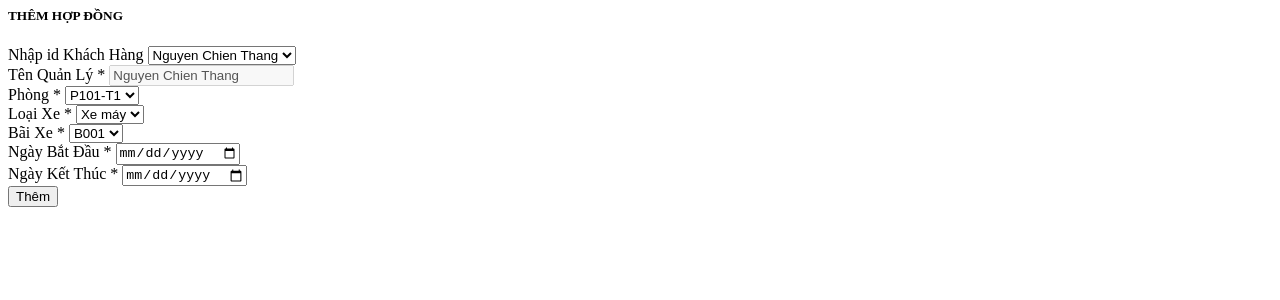
Repository: NguyenChienThangB1910143/QL_ChungCy
Page: http://localhost/hopdong/them
The author's editor kept a copy of each file at every save. The page is drawn from the files as they stood at one save, then again after the next save.
The browser window is 1280 px wide. The pictures show the whole page.
The page is served by the project's Laravel application, run on PHP 8.4 with Laravel 10. The first stored user is signed in. Other server files are loaded and not shown. The database holds what the project's SQL file puts in it. Queries for data that is not in the repository find no rows.

Above is the page before, as saved 2023-08-28 13:08:46.

### routes/web.php
<?php
use App\Http\Controllers\Auth\LogoutController;
use App\Http\Controllers\Auth\LoginController;
use App\Http\Controllers\BaiXeController;
use App\Http\Controllers\HomeController;
use App\Http\Controllers\HopDongController;
use App\Http\Controllers\PhongController;
use App\Http\Controllers\ThongKeController;
use App\Http\Controllers\TaiKhoanController;
use App\Http\Controllers\TangController;
use App\Http\Controllers\ToaController;
use Illuminate\Support\Facades\Route;

/*
|--------------------------------------------------------------------------
| Web Routes
|--------------------------------------------------------------------------
|
| Here is where you can register web routes for your application. These
| routes are loaded by the RouteServiceProvider and all of them will
| be assigned to the "web" middleware group. Make something great!
|
*/

Route::get('/', function () {
    return view('chungcu');
});
//router login
Route::get('/login', [LoginController::class, 'getLogin'])->name('login');;
Route::post('/login', [LoginController::class, 'postLogin'])->name('post-login');
Route::any('/forgotpassword', [LoginController::class, 'forgotpassword'])->name('forgot-password');
Route::group(['middleware' => 'auth'], function () {
    // router home
    Route::get('/', [HomeController::class, 'index'])->name('home');
    Route::get('/logout', [LogoutController::class, 'getLogout'])->name('logout');
    //phong
    Route::get('/phong', [PhongController::class, 'index'])->name('phong');
    Route::get('/phong/them', [PhongController::class, 'them'])->name('phong-them');
    Route::post('/phong/them', [PhongController::class, 'store'])->name('phong-store');
    Route::get('/phong/chinhsua/{id_phong}', [PhongController::class, 'chinhsua'])->name('phong-chinhsua');
    Route::post('/phong/update/{id_phong}', [PhongController::class, 'update'])->name('phong-update');
    // hop dong
    Route::get('/hopdong', [HopDongController::class, 'index'])->name('hopdong');
    Route::get('/hopdong/capnhat/{id_hopdong}', [HopDongController::class, 'capnhat'])->name('hopdong-capnhat');
    Route::post('/hopdong/update/{id_hopdong}', [HopDongController::class, 'update'])->name('hopdong-update');
    Route::get('/hopdong/them', [HopDongController::class, 'them'])->name('hopdong-them');
    Route::post('/hopdong/them', [HopDongController::class, 'store'])->name('hopdong-store');
    Route::get('/hopdong/chitiet/{id_hopdong}', [HopDongController::class, 'chitiet'])->name('hopdong-chitiet');
    // Tang
    Route::get('/tang', [TangController::class, 'index'])->name('tang');
    Route::get('/tang/them', [TangController::class, 'them'])->name('tang-them');
    Route::post('/tang/them', [TangController::class, 'store'])->name('tang-store');
    Route::get('/tang/chinhsua/{id_tang}', [TangController::class, 'chinhsua'])->name('tang-chinhsua');
    Route::post('/tang/update/{id_tang}', [TangController::class, 'update'])->name('tang-update');
    // tai khoan
    Route::get('/taikhoan', [TaiKhoanController::class, 'index'])->name('taikhoan');
    Route::get('/taikhoan/them', [TaiKhoanController::class, 'them'])->name('taikhoan-them');
    Route::post('/taikhoan/them', [TaiKhoanController::class, 'store'])->name('taikhoan-store');
    Route::get('/taikhoan/chinhsua/{id}', [TaiKhoanController::class, 'chinhsua'])->name('taikhoan-chinhsua');
    Route::post('/taikhoan/update/{id}', [TaiKhoanController::class, 'update'])->name('taikhoan-update');
    // thong ke
    Route::get('/thongke', [ThongKeController::class, 'index'])->name('thongke');
    // bai xe
    Route::get('/baixe', [BaiXeController::class, 'index'])->name('baixe');
    Route::get('/baixe/them', [BaiXeController::class, 'them'])->name('baixe-them');
    Route::post('/baixe/them', [BaiXeController::class, 'store'])->name('baixe-store');
    Route::get('/baixe/chinhsua/{id_baixe}', [BaiXeController::class, 'chinhsua'])->name('baixe-chinhsua');
    Route::post('/baixe/update/{id_baixe}', [BaiXeController::class, 'update'])->name('baixe-update');
    //toa
    Route::get('/toa', [ToaController::class, 'index'])->name('toa');
    Route::get('/toa/them', [ToaController::class, 'them'])->name('toa-them');
    Route::post('/toa/them', [ToaController::class, 'store'])->name('toa-store');
    Route::get('/toa/chinhsua/{id_toa}', [ToaController::class, 'chinhsua'])->name('toa-chinhsua');
    Route::post('/toa/update/{id_toa}', [ToaController::class, 'update'])->name('toa-update');

});

### app/Models/User.php
<?php

namespace App\Models;

// use Illuminate\Contracts\Auth\MustVerifyEmail;
use Illuminate\Database\Eloquent\Factories\HasFactory;
use Illuminate\Foundation\Auth\User as Authenticatable;
use Illuminate\Notifications\Notifiable;
use Laravel\Sanctum\HasApiTokens;

class User extends Authenticatable
{
    use HasApiTokens, HasFactory, Notifiable;

    protected $table = 'users';


    protected $primarykey = 'id';

    protected $fillable = [
        'name',
        'ngaysinh',
        'email',
        'sdt',
        'password',
        'quyen',
        'STK'
    ];

    public $timestamps = true;

    /**
     * The attributes that should be cast to native types.
     *
     * @var array
     */

    public function setPasswordAttribute($value)
    {
        $this->attributes['password'] = bcrypt($value);
    }
}

### app/Http/Controllers/HopDongController.php
<?php

namespace App\Http\Controllers;

use App\Http\Controllers\Controller;
use App\Models\BaiXe;
use Illuminate\Http\Request;
use App\Models\HopDong;
use App\Models\User;
use App\Models\Phong;
use Illuminate\Support\Facades\Auth;
use Session;
class HopDongController extends Controller
{
    public function index()
    {
        $title = 'Hợp Đồng';
        $breadcrumbs = [
            [
                'name' => 'Hợp Đồng',
                'link' => './hopdong'
            ]
        ];
        $hopdong = HopDong::join('users as user', 'user.id', '=', 'hopdong.id_user')
                  ->join('users as ql', 'ql.id', '=', 'hopdong.id_ql')
                  ->join('phong', 'phong.id_phong', '=', 'hopdong.id_phong')
                  ->join('baixe', 'baixe.id_baixe', '=', 'hopdong.id_baixe')
                  ->select(
                      'hopdong.*',
                      'user.name as ten_user',
                      'ql.name as ten_ql',
                      'phong.ten as ten_phong',
                      'baixe.ms as ms_baixe'
                  )
                  ->paginate(5);


        return view('hopdong/hopdong', compact('title', 'hopdong', 'breadcrumbs'));
    }
    public function capnhat(Request $request)
    {
        $title = 'Hợp Đồng';

        $breadcrumbs = [
            [
                'name' => 'Hợp đồng',
                'link' => '../'
            ], [
                'name' => 'Cập nhật',
                'link' => './' . $request->id_hopdong
            ]
        ];
        $capnhathopdong = HopDong::join('users as user', 'user.id', '=', 'hopdong.id_user')
        ->join('users as ql', 'ql.id', '=', 'hopdong.id_ql')
        ->join('phong', 'phong.id_phong', '=', 'hopdong.id_phong')
        ->join('baixe', 'baixe.id_baixe', '=', 'hopdong.id_baixe')
        ->select(
            'hopdong.*',
            'user.name as ten_user',
            'ql.name as ten_ql',
            'phong.ten as ten_phong',
            'baixe.ms as ms_baixe'
        )->where('id_hopdong', $request->id_hopdong)->get();

        return view('hopdong/capnhat', compact('title', 'capnhathopdong', 'breadcrumbs'));
    }
    public function update(Request $request)
    {
        // dd($request);
        $user = User::where('name', $request->ten_user)->first();
        $userql= User::Where('name',$request->ten_ql)->first();
        $phong = Phong::where('ten', $request->ten_phong)->first();
        $baixe = Baixe::where('ms', $request->ms_baixe)->first();
        $suahopdong = HopDong::where('id_hopdong', $request->id_hopdong)->update([
            'id_hopdong' => $request->id_hopdong,
            'id_user' => $user->id,
            'id_ql' => $userql->id,
            'id_phong' => $phong->id_phong,
            'id_baixe' => $baixe->id_baixe,
            'ngaybatdau' => $request->ngaybatdau,
            'ngayketthuc' => $request->ngayketthuc,
        ]);
        if ($suahopdong) {
            Session::flash('success', 'Cập nhật thành công.');
            return response()->json(['status' => 'success', 'message' => 'Cập nhật thành công.']);
        }

        return redirect()->route('hopdong')->with('success', 'Sửa không thành công, không được chỉnh sửa mã hợp đồng');
    }
    public function them()
    {
        $title = 'Hợp đồng';
        $breadcrumbs = [
            [
                'name' => 'Hợp đồng',
                'link' => './'
            ], [
                'name' => 'Thêm',
                'link' => './them'
            ]
        ];
        $hopdong = hopdong::get();
        $user =User::get();
        $baixe=BaiXe::get();
        $phong=Phong::get();
        return view('hopdong/them', compact('title', 'breadcrumbs', 'hopdong','user', 'phong', 'baixe'));
    }
    public function store(Request $request)
    {
        // Lấy id người dùng đang đăng nhập
         $id_ql = Auth::user()->id;

        // Lấy id người dùng được chọn từ request

        // Tạo hợp đồng mới
            $addhopdong = new HopDong();

            $addhopdong->id_user = $request->user;
            $addhopdong->id_ql = $id_ql;
            $addhopdong->id_phong = $request->phong;
            $addhopdong->id_baixe = $request->baixe;
            $addhopdong->ngaybatdau = $request->input('ngaybatdau');
            $addhopdong->ngayketthuc = $request->input('ngayketthuc');
            $addhopdong->save();

    // Hiển thị danh sách hợp đồng
    return redirect()->route('hopdong')->with('success', 'Thêm thành công');
}
public function chitiet(Request $request)
{
    $title = 'Hợp đồng';
    $breadcrumbs = [
        [
            'name' => 'Hợp đồng',
            'link' => '../'
        ], [
            'name' => 'Chi tiết',
            'link' => './' . $request->id_hopdong
        ]
    ];
    $chitiethopdong = HopDong::join('users as user', 'user.id', '=', 'hopdong.id_user')
    ->join('users as ql', 'ql.id', '=', 'hopdong.id_ql')
    ->join('phong', 'phong.id_phong', '=', 'hopdong.id_phong')
    ->join('baixe', 'baixe.id_baixe', '=', 'hopdong.id_baixe')
    ->select(
        'hopdong.*',
        'user.name as ten_user',
        'ql.name as ten_ql',
        'phong.ten as ten_phong',
        'baixe.ms as ms_baixe'
    )->where('id_hopdong', $request->id_hopdong)->get();

    return view('hopdong/chitiet', compact('title', 'chitiethopdong', 'breadcrumbs'));
}
}

### app/Models/HopDong.php
<?php

namespace App\Models;

use Illuminate\Database\Eloquent\Factories\HasFactory;
use Illuminate\Database\Eloquent\Model;

class HopDong extends Model
{
    use HasFactory;
    protected $table = 'hopdong';

    protected $primarykey = 'id_hopdong';

    protected $fillable = [
        'id_user',
        'id_phong',
        'id_baixe',
        'ngaybatdau',
        'ngayketthuc'
    ];
    public function hopdong_user()
    {
        return $this->hasOne(User::class, 'id_user' ,'id_user');
    }
    public function hopdong_phong()
    {
        return $this->hasOne(Phong::class, 'id_phong' ,'id_phong');
    }
    public function hopdong_baixe()
    {
        return $this->hasMany(BaiXe::class, 'id_baixe' ,'id_baixe');
    }
}

### app/Models/BaiXe.php
<?php

namespace App\Models;

use Illuminate\Database\Eloquent\Factories\HasFactory;
use Illuminate\Database\Eloquent\Model;

class BaiXe extends Model
{
    use HasFactory;
    protected $table= 'baixe';
    protected $primarykey = 'id_baixe';
    protected $fillable = [
        'ms',
        'loaixe',
        'tinhtrang',
        'gia',
    ];
    public function hopdong()
    {
        return $this->hasOne(HopDong::class, 'id_baixe' ,'id_baixe');
    }
}

### app/Models/Phong.php
<?php

namespace App\Models;

use Illuminate\Database\Eloquent\Factories\HasFactory;
use Illuminate\Database\Eloquent\Model;

class Phong extends Model
{
    use HasFactory;
    protected $table = 'phong';

    protected $primarykey = 'id_phong';

    protected $fillable = [
        'id_tang',
        'ten',
        'tinhtrang',
        'gia'
    ];
    public function phong_tang()
    {
        return $this->belongsTo(Tang::class, 'id_tang' ,'id_tang');
    }
    public function phong_hopdong()
    {
        return $this->hasMany(HopDong::class, 'id_phong', 'id_phong');
    }
}

### resources/views/hopdong/them.blade.php
<!-- Content -->
@csrf

<div class="container col-md-auto mt-2">
    <div class="alert alert-primary">
        <div class="row justify-content-center">
            <h5 class="text-center" id="side12">THÊM HỢP ĐỒNG</h5>
        </div>
        <div class="mb-3 option-user">
                <label class="form-label">Nhập id Khách Hàng</label>
                <select type="text" class="form-control" id="search" placeholder="Nhập id" list="userList" name="user">
                    <datalist id="userList">
                        @foreach($user as $user)
                        <option value="{{$user->id}}">{{ $user->name }}</option>
                        @endforeach
                    </datalist>
                </select>
        </div>
        <div class="mb-3 option-ql">
            <label class="form-label">Tên Quản Lý
                <span id="colorIcon">*</span>
            </label>
            <input disabled required class="form-control" type="text" name="ten_ql" value="{{Auth::user()->name}}">
        </div>
        <div class="mb-3 option-phong">
            <label class="form-label">Phòng
                <span id="colorIcon">*</span>
            </label>
            <select style="cursor: pointer;" class="form-control" aria-label="Default select example" id="phong" name="phong">
                @foreach($phong as $phong)
                <option value="{{$phong->id_phong}}">{{$phong->ten}}</option>
                @endforeach
            </select>
        </div>
        <div class="mb-3 option-loaixe">
    <label class="form-label">Loại Xe
        <span id="colorIcon">*</span>
    </label>
    <select style="cursor: pointer;" class="form-control" aria-label="Default select example" id="loaixe" name="loaixe">
        <option value="xe máy">Xe máy</option>
        <option value="ô tô">Ô tô</option>
    </select>
</div>

<div class="mb-3 option-baixe">
    <label class="form-label">Bãi Xe
        <span id="colorIcon">*</span>
    </label>
    <select style="cursor: pointer;" class="form-control" aria-label="Default select example" id="baixe" name="baixe">
        @foreach($baixe as $baixe)
            @if($baixe->loaixe == 'Xe máy')
                <option value="{{$baixe->id_baixe}}">{{$baixe->ms}}</option>
            @endif
        @endforeach
    </select>
</div>
        <div class="mb-3 option-ngaybatdau">
            <label class="form-label">Ngày Bắt Đầu
                <span id="colorIcon">*</span>
            </label>
            <input required class="form-control" type="date" name="ngaybatdau">
        </div>
        <div class="mb-3 option-ngayketthuc">
            <label class="form-label">Ngày Kết Thúc
                <span id="colorIcon">*</span>
            </label>
            <input required class="form-control" type="date" name="ngayketthuc">
        </div>
        <div class="row justify-content-center">
            <button type="submit" class="btn btn-success col-md-5" id="">Thêm</button>
        </div>
    </div>
</div>
<script>
    // Lắng nghe sự kiện thay đổi giá trị của trường loaixe
    document.getElementById('loaixe').addEventListener('change', function() {
        // Lấy giá trị của trường loaixe
        var loaixe = this.value;

        // Lấy danh sách các option trong trường baixe
        var options = document.querySelectorAll('#baixe option');

        // Duyệt qua từng option
        options.forEach(function(option) {
            // Lấy giá trị của option
            var value = option.value;

            // Tìm bãi xe tương ứng với giá trị của option
            var baixe = @json($baixe).find(function(baixe) {
                return baixe.id_baixe == value;
            });

            // Nếu bãi xe có loại xe khớp với giá trị của trường loaixe
            if (baixe.loaixe == loaixe) {
                // Hiển thị option
                option.style.display = 'block';
            } else {
                // Ẩn option
                option.style.display = 'none';
            }
        });
    });
    // Lấy phần tử input và datalist
const searchInput = document.querySelector('#search');
const userList = document.querySelector('#userList');

// Lắng nghe sự kiện 'input' trên phần tử input
searchInput.addEventListener('input', function() {
    // Lấy giá trị của phần tử input
    const searchValue = searchInput.value.trim().toLowerCase();

    // Lọc danh sách người dùng dựa trên giá trị tìm kiếm
    const filteredUsers = users.filter(function(user) {
        return user.name.toLowerCase().includes(searchValue);
    });

    // Cập nhật danh sách tùy chọn trong phần tử datalist
    userList.innerHTML = '';
    for (const user of filteredUsers) {
        const option = document.createElement('option');
        option.value = user.name;
        userList.appendChild(option);
    }
});
</script>

### chungcutest.sql (the tables this page reads)
CREATE TABLE `baixe` (
  `id_baixe` int(11) NOT NULL,
  `ms` varchar(255) NOT NULL,
  `loaixe` varchar(255) NOT NULL,
  `tinhtrang` int(11) DEFAULT NULL,
  `gia` double NOT NULL,
  `created_at` timestamp NULL DEFAULT NULL,
  `updated_at` timestamp NULL DEFAULT NULL
) ENGINE=InnoDB DEFAULT CHARSET=utf8mb4 COLLATE=utf8mb4_general_ci;

INSERT INTO `baixe` (`id_baixe`, `ms`, `loaixe`, `tinhtrang`, `gia`, `created_at`, `updated_at`) VALUES
(3, 'A001', 'Ô tô', 0, 100000, '2023-12-04 21:37:57', '2023-12-04 21:37:57'),
(4, 'B001', 'Xe máy', 0, 50000, '2023-12-04 21:38:21', '2023-12-04 21:38:21');

ALTER TABLE `baixe`
  ADD PRIMARY KEY (`id_baixe`);

ALTER TABLE `baixe`
  MODIFY `id_baixe` int(11) NOT NULL AUTO_INCREMENT, AUTO_INCREMENT=5;

CREATE TABLE `phong` (
  `id_phong` int(11) NOT NULL,
  `ten` varchar(255) NOT NULL,
  `id_tang` int(11) NOT NULL,
  `tinhtrang` int(11) DEFAULT NULL,
  `created_at` timestamp NULL DEFAULT NULL,
  `updated_at` timestamp NULL DEFAULT NULL
) ENGINE=InnoDB DEFAULT CHARSET=utf8mb4 COLLATE=utf8mb4_general_ci;

INSERT INTO `phong` (`id_phong`, `ten`, `id_tang`, `tinhtrang`, `created_at`, `updated_at`) VALUES
(8, 'P101-T1', 4, 0, '2023-12-04 21:35:05', '2023-12-04 21:35:05'),
(9, 'P102-T1', 4, 0, '2023-12-04 21:35:30', '2023-12-04 21:35:30'),
(10, 'P103-T1', 4, 0, '2023-12-04 21:35:52', '2023-12-04 21:35:52'),
(11, 'P104-T1', 4, 0, '2023-12-04 21:36:18', '2023-12-04 21:36:18'),
(12, 'P105-T1', 4, 0, '2023-12-04 21:36:44', '2023-12-04 21:36:44');

ALTER TABLE `phong`
  ADD PRIMARY KEY (`id_phong`);

ALTER TABLE `phong`
  MODIFY `id_phong` int(11) NOT NULL AUTO_INCREMENT, AUTO_INCREMENT=13;

CREATE TABLE `users` (
  `id` int(11) NOT NULL,
  `name` varchar(255) NOT NULL,
  `ngaysinh` date DEFAULT NULL,
  `email` varchar(255) NOT NULL,
  `sdt` varchar(20) NOT NULL,
  `password` varchar(255) NOT NULL,
  `quyen` int(11) NOT NULL,
  `STK` varchar(255) NOT NULL,
  `trangthai` int(11) DEFAULT NULL,
  `created_at` timestamp NULL DEFAULT NULL,
  `updated_at` timestamp NULL DEFAULT NULL
) ENGINE=InnoDB DEFAULT CHARSET=utf8mb4 COLLATE=utf8mb4_general_ci;

INSERT INTO `users` (`id`, `name`, `ngaysinh`, `email`, `sdt`, `password`, `quyen`, `STK`, `trangthai`, `created_at`, `updated_at`) VALUES
(1, 'Nguyen Chien Thang', '2001-03-26', 'nguyenchienthang2632001@gmail.com', '0582427509', '$2y$10$SxP62ScawJ1/0p5Z1a.abuD/SD6Jx6i3fLJ7hGurI5XMRNDW/E402', 0, '6546545466', 1, NULL, '2023-11-27 04:43:20'),
(6, 'Nguyen Van A', '2023-12-08', 'a@gmail.com', '0545154815', '$2y$10$886oVFZFLkfpyjHaJsEDcOHqhUWV8BBoecl2p44Z5ZqfF5W31yTzK', 2, '165512185151', 1, '2023-12-08 00:41:54', '2023-12-08 00:41:54');

ALTER TABLE `users`
  ADD PRIMARY KEY (`id`);

ALTER TABLE `users`
  MODIFY `id` int(11) NOT NULL AUTO_INCREMENT, AUTO_INCREMENT=7;

Loaded but not shown: app/Providers/AppServiceProvider.php (common file); app/Http/Controllers/Controller.php (common file)

After the next save:
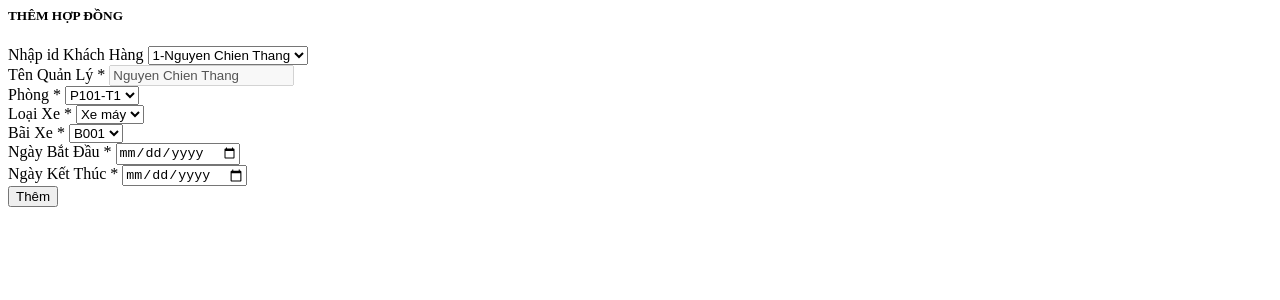
Saved 30 s later.
--- a/resources/views/hopdong/them.blade.php
+++ b/resources/views/hopdong/them.blade.php
@@ -11,7 +11,7 @@
                 <select type="text" class="form-control" id="search" placeholder="Nhập id" list="userList" name="user">
                     <datalist id="userList">
                         @foreach($user as $user)
-                        <option value="{{$user->id}}">{{ $user->name }}</option>
+                        <option value="{{$user->id}}">{{$user->id}}-{{ $user->name }}</option>
                         @endforeach
                     </datalist>
                 </select>
